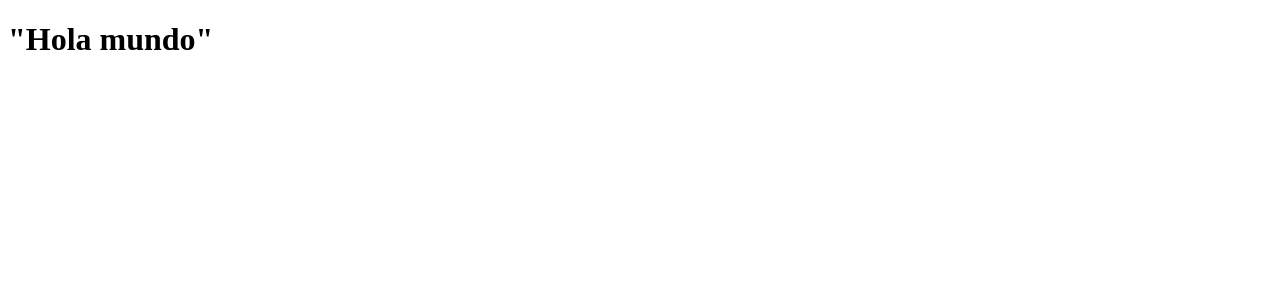
Repository: IanKralik/repositorio-de-prueba
Page: Prueba/index.html
An editor plug-in stored every save of this project. The page is shown before and after the next save, followed by the edit.
The browser window is 1280 px wide. The pictures show the whole page.

Above is the page before, as saved 2022-12-04 19:53:06.

After the next save:
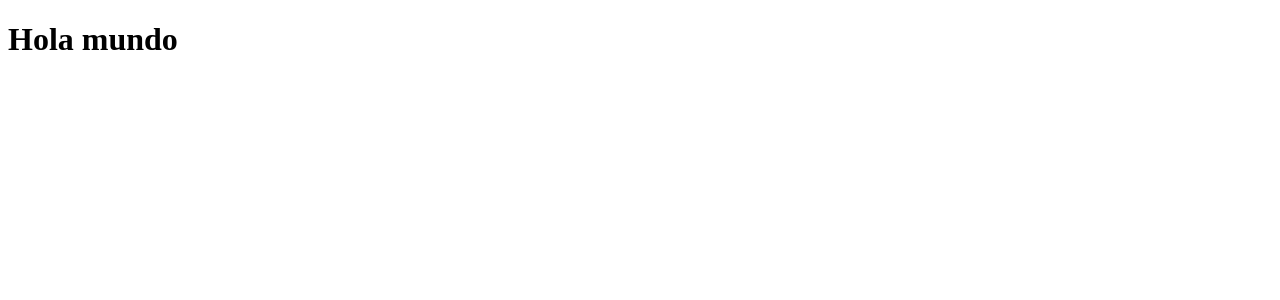
Saved 30 s later.
--- a/Prueba/index.html
+++ b/Prueba/index.html
@@ -5,10 +5,10 @@
     <meta charset="UTF-8">
     <meta http-equiv="X-UA-Compatible" content="IE=edge">
     <meta name="viewport" content="width=device-width, initial-scale=1.0">
-    <title>Document</title>
+    <title>Portafolio</title>
 </head>
 <body>
-    <h1>"Hola mundo"</h1>
+    <h1>Hola mundo</h1>
 </body>
 
 </html>
